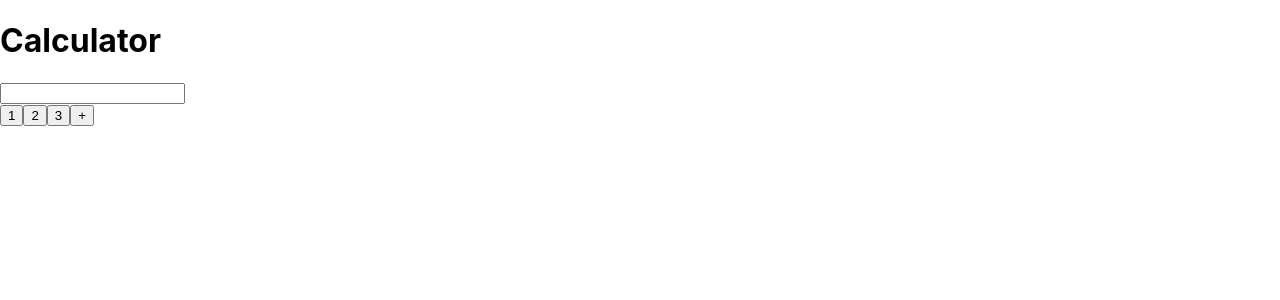
Repository: thesaherriaz/Calculator-React
Page: /
An editor plug-in stored every save of this project. The page is shown before and after a run of saves, followed by the edit.
The browser window is 1280 px wide. The pictures show the whole page.
The project was rebuilt for these pictures with package versions that can differ from the ones it lists, and the page was loaded fresh each time.

Above is the page before, as saved 2025-06-18 14:10:30.

### src/App.js
import React from 'react'
import Calculator from './compnents/Calculator'

function App() {
  return (
    <Calculator />
  )
}

export default App

### src/compnents/Calculator.jsx
import React from 'react'

function Calculator() {
  return (
    <>
        <div className="Calculator">
            <h1>Calculator</h1>
            <input type="text" name="input" id="input" />
            <div>
                <button>1</button>
                <button>2</button>
                <button>3</button>
                <button>+</button>
            </div>
        </div>
    </>
  )
}

export default Calculator

Loaded but not shown: public/index.html (common file); src/index.js (common file); src/index.css (common file); src/reportWebVitals.js (common file)

After the next 2 saves:
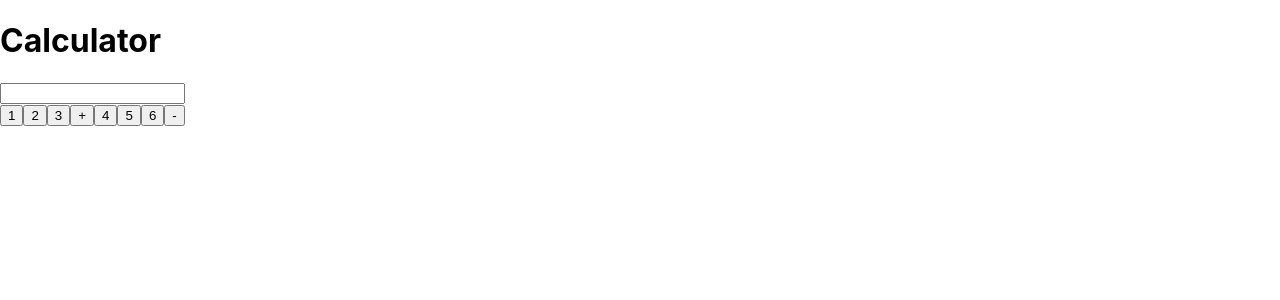
The 2 saves are shown as one change because they came seconds apart.
The last was saved 8 s later.
--- a/src/compnents/Calculator.jsx
+++ b/src/compnents/Calculator.jsx
@@ -11,6 +11,10 @@ function Calculator() {
                 <button>2</button>
                 <button>3</button>
                 <button>+</button>
+                <button>4</button>
+                <button>5</button>
+                <button>6</button>
+                <button>-</button>
             </div>
         </div>
     </>
